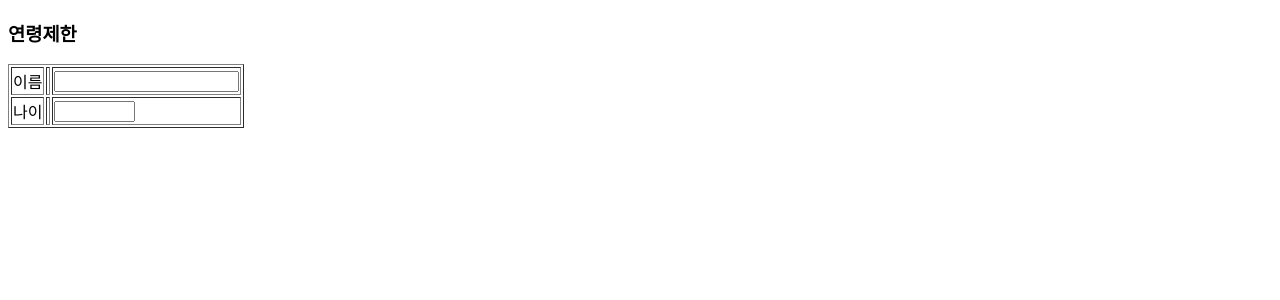
Repository: jihyunah/Java_EE
Page: workspace/testServlet/src/main/webapp/param.html
An editor plug-in stored every save of this project. The page is shown before and after the next save, followed by the edit.
The browser window is 1280 px wide. The pictures show the whole page.

Above is the page before, as saved 2023-02-22 05:47:29.

### workspace/testServlet/src/main/webapp/param.html
<!DOCTYPE html>
<html>
<head>
<meta charset="UTF-8">
<title>Insert title here</title>
</head>
<body>
	<h3>연령제한 </h3>

<table border="1">
	<tr>
		<td>이름 <td>
		<td><input type="text" name="name"></td>
	</tr>

	<tr>
		<td>나이 <td>
		<td><input type="text" name="age" size="7" maxlength="3"></td>
	</tr>

	</table>
</body>
</html>

After the next save:
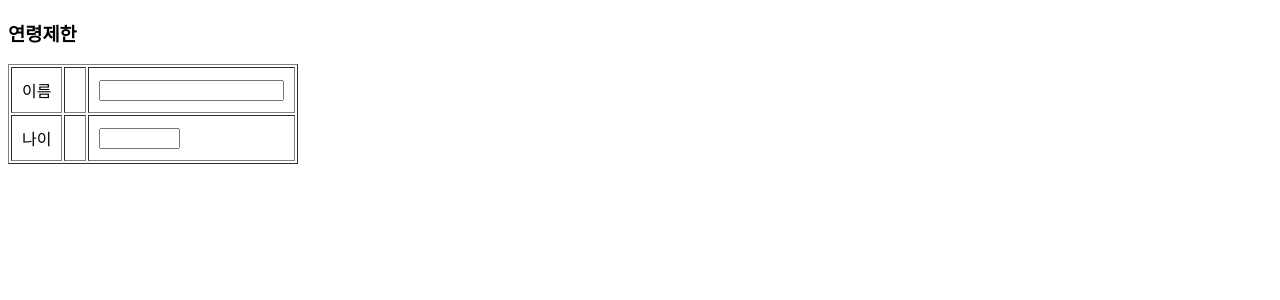
Saved 28 s later.
--- a/workspace/testServlet/src/main/webapp/param.html
+++ b/workspace/testServlet/src/main/webapp/param.html
@@ -7,7 +7,7 @@
 <body>
 	<h3>연령제한 </h3>
 
-<table border="1">
+<table border="1" cellpadding="10">
 	<tr>
 		<td>이름 <td>
 		<td><input type="text" name="name"></td>
